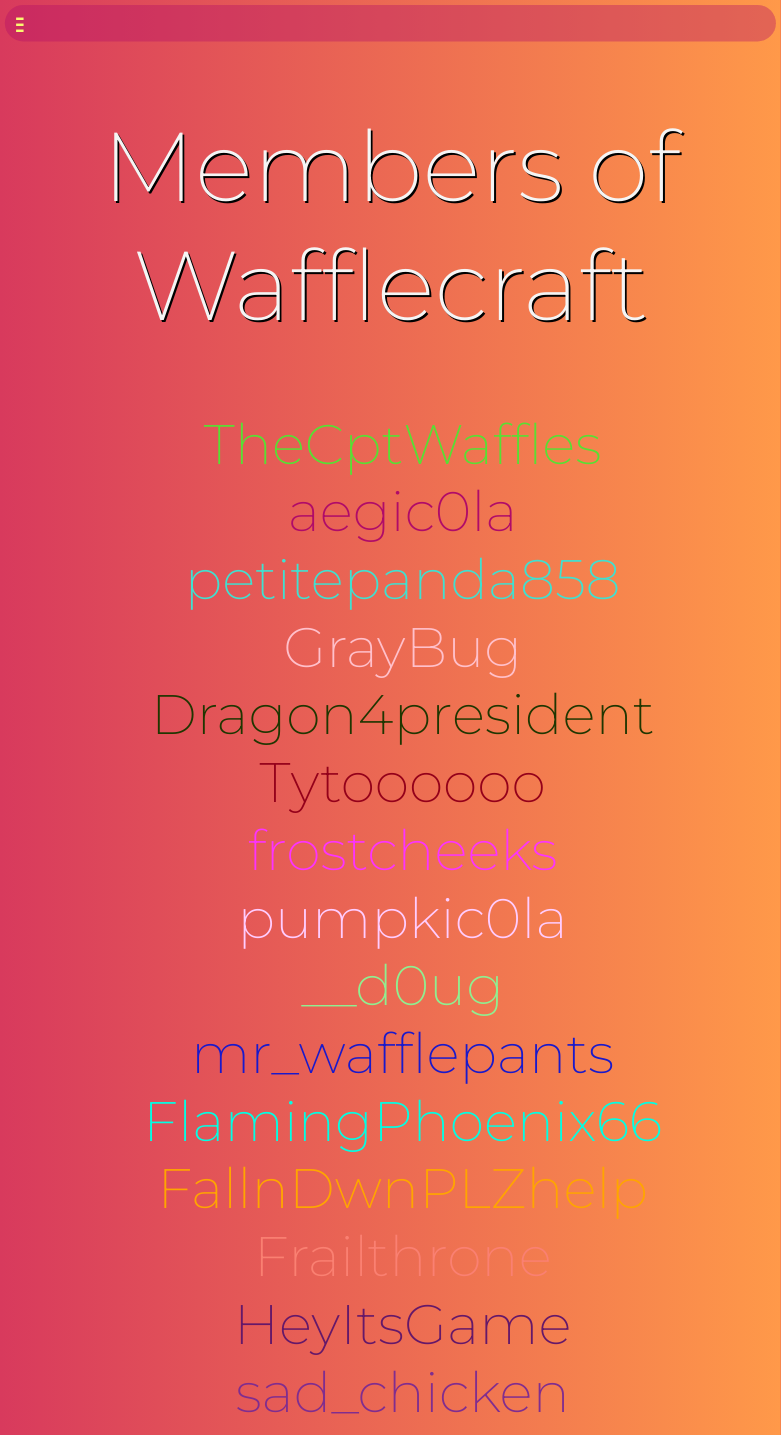
Repository: thecptwaffles/wafflecraftwebsite
Page: members.html
These files come from the project's save history. The page is drawn as it stood at one moment and after the next save; the edit follows.
The browser window is 1280 px wide. The pictures show the whole page, at 61% of full size.

Above is the page before, as saved 2022-07-07 21:06:42.
Console error: ReferenceError: $ is not defined

After the next save:
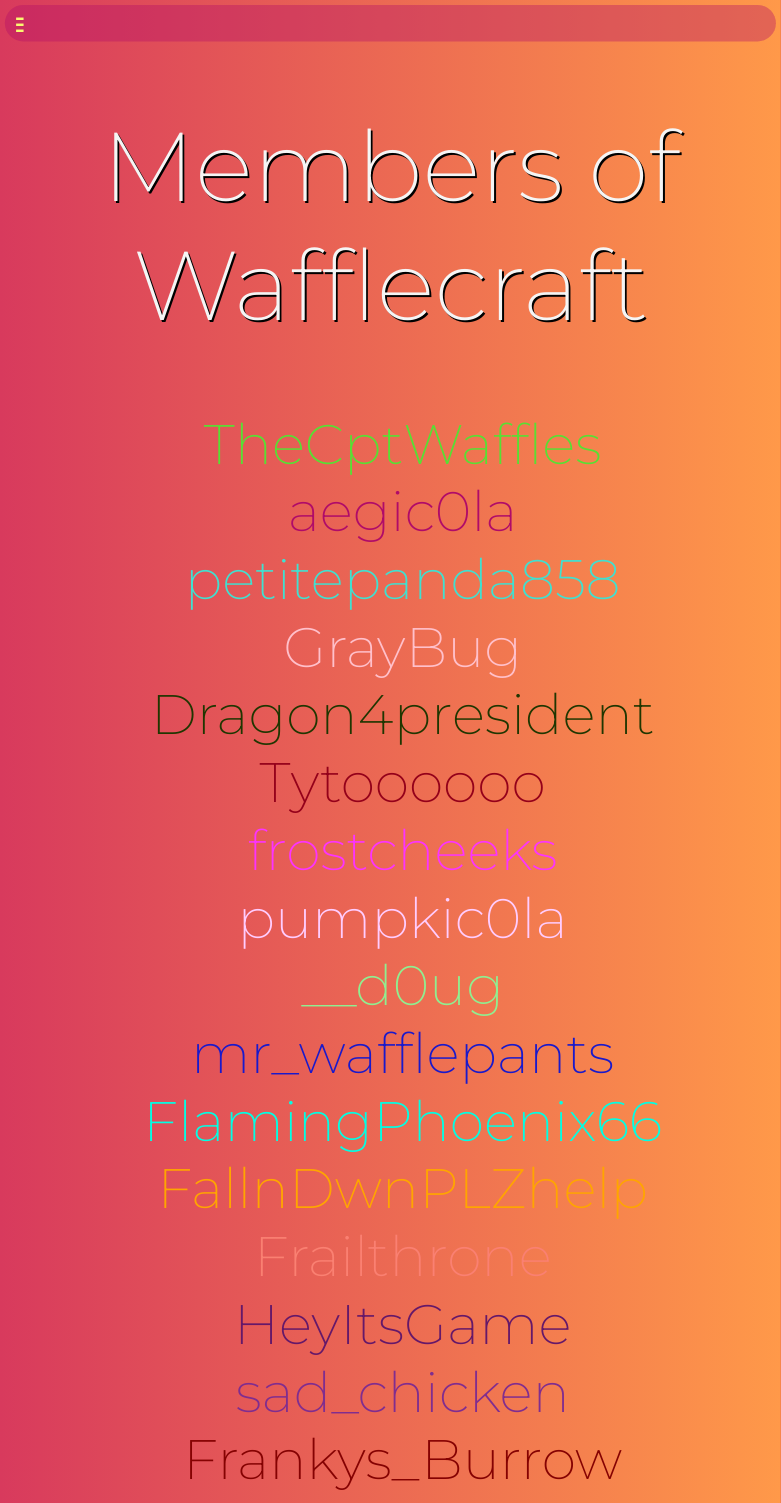
Saved 16 h 57 min later.
--- a/members.html
+++ b/members.html
@@ -48,6 +48,7 @@
     <li class="li" id="matt">Frailthrone</li>
     <li class="li" id="gamer">HeyItsGame</li>
     <li class="li" id="sad">sad_chicken</li>
+    <li class="li" id="burrow">Frankys_Burrow</li>
   </ul>
 </body>
 
